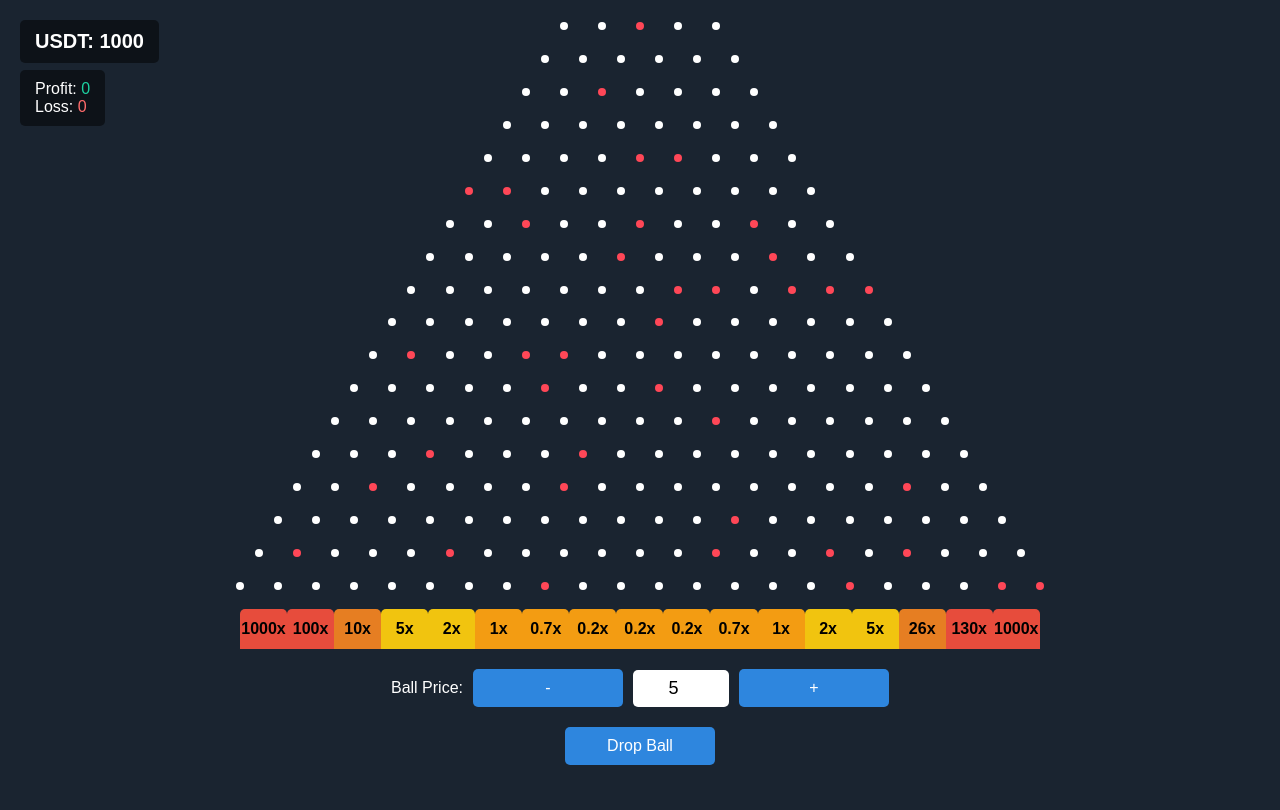
Repository: daffa-alif/PLINKO-JS
Page: index.html
The author's editor kept a copy of each file at every save. The page is drawn from the files as they stood at one save, then again after the next save.
The browser window is 1280 px wide. The pictures show the whole page.

Above is the page before, as saved 2025-03-07 09:21:11.

### index.html
<!DOCTYPE html>
<html lang="en">
<head>
    <meta charset="UTF-8">
    <meta name="viewport" content="width=device-width, initial-scale=1.0">
    <title>Plinko Game</title>
    <style>
        body {
            background-color: #1a2430;
            font-family: Arial, sans-serif;
            display: flex;
            justify-content: center;
            align-items: center;
            height: 100vh;
            margin: 0;
            color: white;
            overflow: hidden;
        }

        .container {
            position: relative;
            width: 600px;
            height: 900px; /* Increased from 700px to 900px */
            display: flex;
            flex-direction: column;
            align-items: center;
        }

        .plinko-board {
            position: relative;
            width: 500px;
            height: 800px; /* Increased from 600px to 800px */
        }

        .peg {
            position: absolute;
            width: 8px;
            height: 8px;
            background-color: white;
            border-radius: 50%;
            transform: translate(-50%, -50%);
        }

        .highlight-peg {
            background-color: #ff4757;
        }

        .ball {
            position: absolute;
            width: 16px;
            height: 16px;
            background-color: #ff6b81;
            border-radius: 50%;
            z-index: 10;
            transform: translate(-50%, -50%);
        }

        .buckets {
            display: flex;
            width: 100%;
            justify-content: space-between;
            position: absolute;
            bottom: 0;
        }

        .bucket {
            width: 55px;
            height: 40px;
            display: flex;
            justify-content: center;
            align-items: center;
            font-weight: bold;
            color: black;
            border-top-left-radius: 5px;
            border-top-right-radius: 5px;
        }

        .controls {
            margin-top: 20px;
            display: flex;
            flex-direction: column;
            align-items: center;
            gap: 10px;
            width: 100%;
        }

        button {
            padding: 10px 20px;
            font-size: 16px;
            border: none;
            border-radius: 5px;
            background-color: #2e86de;
            color: white;
            cursor: pointer;
            width: 150px;
        }

        button:hover {
            background-color: #54a0ff;
        }

        button:disabled {
            background-color: #7f8c8d;
            cursor: not-allowed;
        }

        .balance {
            position: absolute;
            top: 20px;
            left: 20px;
            font-size: 20px;
            font-weight: bold;
            background-color: rgba(0, 0, 0, 0.5);
            padding: 10px 15px;
            border-radius: 5px;
            z-index: 100;
        }

        .statistics {
            position: absolute;
            top: 70px;
            left: 20px;
            font-size: 16px;
            background-color: rgba(0, 0, 0, 0.5);
            padding: 10px 15px;
            border-radius: 5px;
            z-index: 100;
        }

        .profit {
            color: #1dd1a1;
        }

        .loss {
            color: #ff6b6b;
        }

        .price-controls {
            display: flex;
            align-items: center;
            gap: 10px;
            margin-bottom: 10px;
        }

        input {
            padding: 8px;
            width: 80px;
            text-align: center;
            font-size: 18px;
            border-radius: 5px;
            border: none;
        }

        .results {
            margin-top: 10px;
            font-size: 18px;
            color: #1dd1a1;
            height: 25px;
        }

        .falling-ball-animation {
            display: block;
            position: absolute;
            top: 0;
            left: 50%;
            transform: translateX(-50%);
            width: 16px;
            height: 16px;
            background-color: #ff6b81;
            border-radius: 50%;
            z-index: 11;
            animation: fallAnimation 1s ease-in;
        }

        @keyframes fallAnimation {
            0% {
                top: -20px;
            }
            100% {
                top: 20px;
            }
        }
    </style>
</head>
<body>
   <header>

   </header>
    <div class="balance">USDT: <span id="balance">1000</span></div>
    <div class="statistics">
        Profit: <span id="profit" class="profit">0</span><br>
        Loss: <span id="loss" class="loss">0</span>
    </div>
    <div class="container">
        <div class="plinko-board" id="plinkoBoard"></div>
        <div class="controls">
            <div class="price-controls">
                <span>Ball Price:</span>
                <button id="decreasePrice">-</button>
                <input type="number" id="ballPrice" value="5" min="5" max="1000">
                <button id="increasePrice">+</button>
            </div>
            <button id="dropButton">Drop Ball</button>
            <div class="results" id="results"></div>
        </div>
    </div>

<script src="script.js"></script>
</body>
</html>

### script.js
// Game configuration
const config = {
    rows: 20,                // Increased from 16 to 20 rows for taller board
    pegsStartCount: 3,       // Start with 3 pegs at the top row
    ballSpeed: 0.5,
    gravity: 0.15,
    friction: 0.99,
    pegInfluence: 0.6,
    maxActiveBalls: 10,
    // Updated multipliers to match the image exactly
    multipliers: [1000, 100, 10, 5, 2, 1, 0.7, 0.2, 0.2, 0.2, 0.7, 1, 2, 5, 26, 130, 1000],
    horizontalSpacingFactor: 1.6
};

let balance = 1000;
let totalProfit = 0;
let totalLoss = 0;
let ballPrice = 30;
let activeBalls = [];
let pegLayout = [];

// Initialize the board
function initializeBoard() {
    const board = document.getElementById('plinkoBoard');
    const boardWidth = board.clientWidth;
    const boardHeight = board.clientHeight;

    // Calculate peg spacing for the wider triangular pattern
    const horizontalSpacing = (boardWidth / (config.rows + 1)) * config.horizontalSpacingFactor;
    const verticalSpacing = (boardHeight - 80) / (config.rows);

    // Create pegs in a triangular pattern with progressive row lengths
    for (let row = 0; row < config.rows; row++) {
        // Calculate number of pegs in this row (increase by 1 for each row, starting with config.pegsStartCount)
        const pegsInRow = config.pegsStartCount + row;

        // Calculate the starting position for the first peg in the row
        const rowStartX = boardWidth / 2 - (horizontalSpacing * (pegsInRow - 1)) / 2;

        for (let col = 0; col < pegsInRow; col++) {
            const peg = document.createElement('div');
            peg.className = 'peg';

            // Add some highlight pegs (red pegs)
            if (Math.random() < 0.2) {
                peg.classList.add('highlight-peg');
            }

            // Calculate position for evenly distributed pegs
            const offsetX = rowStartX + col * horizontalSpacing;
            const offsetY = verticalSpacing * row + 50;

            peg.style.left = `${offsetX}px`;
            peg.style.top = `${offsetY}px`;

            board.appendChild(peg);

            // Store peg position for collision detection
            pegLayout.push({
                x: offsetX,
                y: offsetY,
                highlight: peg.classList.contains('highlight-peg'),
                element: peg
            });
        }
    }

    // Create buckets - FIXED VERSION
    const buckets = document.createElement('div');
    buckets.className = 'buckets';

    // Get the last row of pegs to align buckets with
    const lastRowPegs = pegLayout.slice(-config.pegsStartCount - config.rows + 1);
    const leftmostPeg = lastRowPegs[0].x;
    const rightmostPeg = lastRowPegs[lastRowPegs.length - 1].x;
    const bucketAreaWidth = rightmostPeg - leftmostPeg;

    // Define colors for buckets based on multipliers
    const getColorForMultiplier = (multiplier) => {
        if (multiplier >= 100) return '#e74c3c';      // Red for highest multipliers
        if (multiplier >= 10) return '#e67e22';       // Orange for high multipliers
        if (multiplier >= 2) return '#f1c40f';        // Yellow for medium multipliers
        return '#f39c12';                             // Gold for low multipliers
    };

    // Set the buckets container width to match the width of the last row of pegs
    buckets.style.width = `${bucketAreaWidth}px`;
    buckets.style.left = `${leftmostPeg}px`;
    buckets.style.position = 'absolute';

    // Add bucket divs to match the multipliers
    const multiplierCount = config.multipliers.length;
    const bucketWidth = bucketAreaWidth / multiplierCount;

    for (let i = 0; i < multiplierCount; i++) {
        const bucket = document.createElement('div');
        bucket.className = 'bucket';
        bucket.style.backgroundColor = getColorForMultiplier(config.multipliers[i]);
        bucket.textContent = `${config.multipliers[i]}x`;
        bucket.style.width = `${bucketWidth}px`;
        buckets.appendChild(bucket);
    }

    board.appendChild(buckets);
}

// Create a falling ball animation
function showBallDropAnimation() {
    return new Promise(resolve => {
        const board = document.getElementById('plinkoBoard');
        const fallingBall = document.createElement('div');
        fallingBall.className = 'falling-ball-animation';
        board.appendChild(fallingBall);

        setTimeout(() => {
            fallingBall.remove();
            resolve();
        }, 500);
    });
}

// Create a ball and start animation
async function dropBall() {
    const currentBallPrice = parseInt(document.getElementById('ballPrice').value);
    if (balance < currentBallPrice) {
        document.getElementById('results').textContent = "Not enough balance!";
        setTimeout(() => {
            document.getElementById('results').textContent = "";
        }, 2000);
        return;
    }

    // Check if we've reached the maximum number of active balls
    if (activeBalls.length >= config.maxActiveBalls) {
        document.getElementById('results').textContent = "Too many balls in play!";
        setTimeout(() => {
            document.getElementById('results').textContent = "";
        }, 2000);
        return;
    }

    // Deduct ball price from balance
    balance -= currentBallPrice;
    document.getElementById('balance').textContent = balance;

    // Show the ball drop animation
    await showBallDropAnimation();

    const board = document.getElementById('plinkoBoard');
    const boardWidth = board.clientWidth;

    // Ball starts at the top center of the board
    const ball = document.createElement('div');
    ball.className = 'ball';
    ball.style.left = `${boardWidth / 2}px`;
    ball.style.top = '20px';
    board.appendChild(ball);

    // Create a new ball object
    const newBall = {
        element: ball,
        id: Date.now(),
        x: boardWidth / 2,
        y: 20,
        vx: (Math.random() - 0.5) * 0.5,
        vy: 1,
        radius: 8,
        price: currentBallPrice
    };

    // Add ball to active balls array
    activeBalls.push(newBall);

    // Start animation if it's not already running
    if (activeBalls.length === 1) {
        requestAnimationFrame(animateAllBalls);
    }
}

// Animate all active balls
function animateAllBalls(timestamp) {
    if (activeBalls.length === 0) return;

    const board = document.getElementById('plinkoBoard');
    const boardWidth = board.clientWidth;
    const boardHeight = board.clientHeight;

    // Get bucket positions for collision detection - FIXED VERSION
    const buckets = document.querySelector('.buckets');
    const bucketsRect = buckets.getBoundingClientRect();
    const boardRect = board.getBoundingClientRect();

    const bucketsLeft = bucketsRect.left - boardRect.left;
    const bucketsWidth = bucketsRect.width;
    const bucketCount = config.multipliers.length;
    const bucketWidth = bucketsWidth / bucketCount;

    // Process each active ball
    for (let i = activeBalls.length - 1; i >= 0; i--) {
        const ball = activeBalls[i];

        // Apply gravity
        ball.vy += config.gravity;

        // Apply friction
        ball.vx *= config.friction;
        ball.vy *= config.friction;

        // Update position
        ball.x += ball.vx;
        ball.y += ball.vy;

        // Collision with side walls
        if (ball.x - ball.radius < 0) {
            ball.x = ball.radius;
            ball.vx = -ball.vx * 0.5;
        } else if (ball.x + ball.radius > boardWidth) {
            ball.x = boardWidth - ball.radius;
            ball.vx = -ball.vx * 0.5;
        }

        // Collision with pegs
        for (const peg of pegLayout) {
            const dx = ball.x - peg.x;
            const dy = ball.y - peg.y;
            const distance = Math.sqrt(dx * dx + dy * dy);

            if (distance < ball.radius + 6) {
                // Calculate the angle of collision
                const angle = Math.atan2(dy, dx);

                // Move the ball outside of the peg
                const newX = peg.x + (ball.radius + 6) * Math.cos(angle);
                const newY = peg.y + (ball.radius + 6) * Math.sin(angle);

                ball.x = newX;
                ball.y = newY;

                // Add randomness to the bounce but with a slight bias toward outer edges
                let randomness = (Math.random() * 2 - 1) * config.pegInfluence;

                // Very subtle bias toward edges
                if (ball.x < boardWidth * 0.3) {
                    randomness -= 0.05; // Slight bias leftward
                } else if (ball.x > boardWidth * 0.7) {
                    randomness += 0.05; // Slight bias rightward
                }

                // Update velocity with a bounce effect and randomness
                const speed = Math.sqrt(ball.vx * ball.vx + ball.vy * ball.vy);
                ball.vx = Math.cos(angle + randomness) * speed;
                ball.vy = Math.sin(Math.abs(angle + randomness)) * speed; // Keep ball moving downward

                // Highlight the peg temporarily
                peg.element.style.backgroundColor = '#ffdd59';
                setTimeout(() => {
                    peg.element.style.backgroundColor = peg.highlight ? '#ff4757' : 'white';
                }, 100);
            }
        }

        // Check if ball reached bucket level
        if (ball.y > boardHeight - 60) {
            // Calculate which bucket the ball fell into based on the fixed buckets position - FIXED VERSION
            let bucketIndex = -1;

            // Check if the ball is within the bucket area
            if (ball.x >= bucketsLeft && ball.x <= bucketsLeft + bucketsWidth) {
                // Calculate the bucket index based on the ball's position relative to the buckets
                bucketIndex = Math.floor((ball.x - bucketsLeft) / bucketWidth);
                bucketIndex = Math.min(bucketIndex, bucketCount - 1);
            } else {
                // If the ball is outside the bucket area, put it in the nearest edge bucket
                bucketIndex = ball.x < bucketsLeft ? 0 : bucketCount - 1;
            }

            // Apply multiplier to the bet
            const multiplier = config.multipliers[bucketIndex];
            const winAmount = Math.floor(ball.price * multiplier);
            balance += winAmount;
            document.getElementById('balance').textContent = balance;

            // Update profit/loss statistics
            if (winAmount > ball.price) {
                const profit = winAmount - ball.price;
                totalProfit += profit;
                document.getElementById('profit').textContent = totalProfit;
            } else if (winAmount < ball.price) {
                const loss = ball.price - winAmount;
                totalLoss += loss;
                document.getElementById('loss').textContent = totalLoss;
            }

            // Display result message
            const resultElement = document.getElementById('results');
            if (winAmount > ball.price) {
                resultElement.textContent = `You won ${winAmount} USDT!`;
                resultElement.style.color = '#1dd1a1';
            } else if (winAmount < ball.price) {
                resultElement.textContent = `You lost ${ball.price - winAmount} USDT`;
                resultElement.style.color = '#ff6b6b';
            } else {
                resultElement.textContent = `You broke even!`;
                resultElement.style.color = '#f7d794';
            }

            // Highlight the winning bucket
            const bucketElements = document.querySelectorAll('.bucket');
            bucketElements[bucketIndex].style.transform = 'translateY(-5px)';
            setTimeout(() => {
                bucketElements[bucketIndex].style.transform = 'translateY(0)';
            }, 300);

            // Remove ball from DOM
            ball.element.remove();

            // Remove ball from active balls array
            activeBalls.splice(i, 1);
        }

        // Update ball position in DOM
        ball.element.style.left = `${ball.x}px`;
        ball.element.style.top = `${ball.y}px`;
    }

    // Continue animation if there are still active balls
    if (activeBalls.length > 0) {
        requestAnimationFrame(animateAllBalls);
    }
}

// Initialize the game
window.addEventListener('DOMContentLoaded', () => {
    initializeBoard();

    // Update balance display
    document.getElementById('balance').textContent = balance;

    // Add event listener for the drop button
    document.getElementById('dropButton').addEventListener('click', () => {
        dropBall();
    });

    // Add event listeners for ball price adjustment
    document.getElementById('decreasePrice').addEventListener('click', () => {
        const priceInput = document.getElementById('ballPrice');
        let currentPrice = parseInt(priceInput.value);
        if (currentPrice > 5) {
            priceInput.value = currentPrice - 5;
        }
    });

    document.getElementById('increasePrice').addEventListener('click', () => {
        const priceInput = document.getElementById('ballPrice');
        let currentPrice = parseInt(priceInput.value);
        if (currentPrice < 1000) {
            priceInput.value = currentPrice + 5;
        }
    });

    // Ensure ball price is valid
    document.getElementById('ballPrice').addEventListener('change', (e) => {
        let value = parseInt(e.target.value);
        if (isNaN(value) || value < 5) {
            e.target.value = 5;
        } else if (value > 1000) {
            e.target.value = 1000;
        }
    });
});

After the next save:
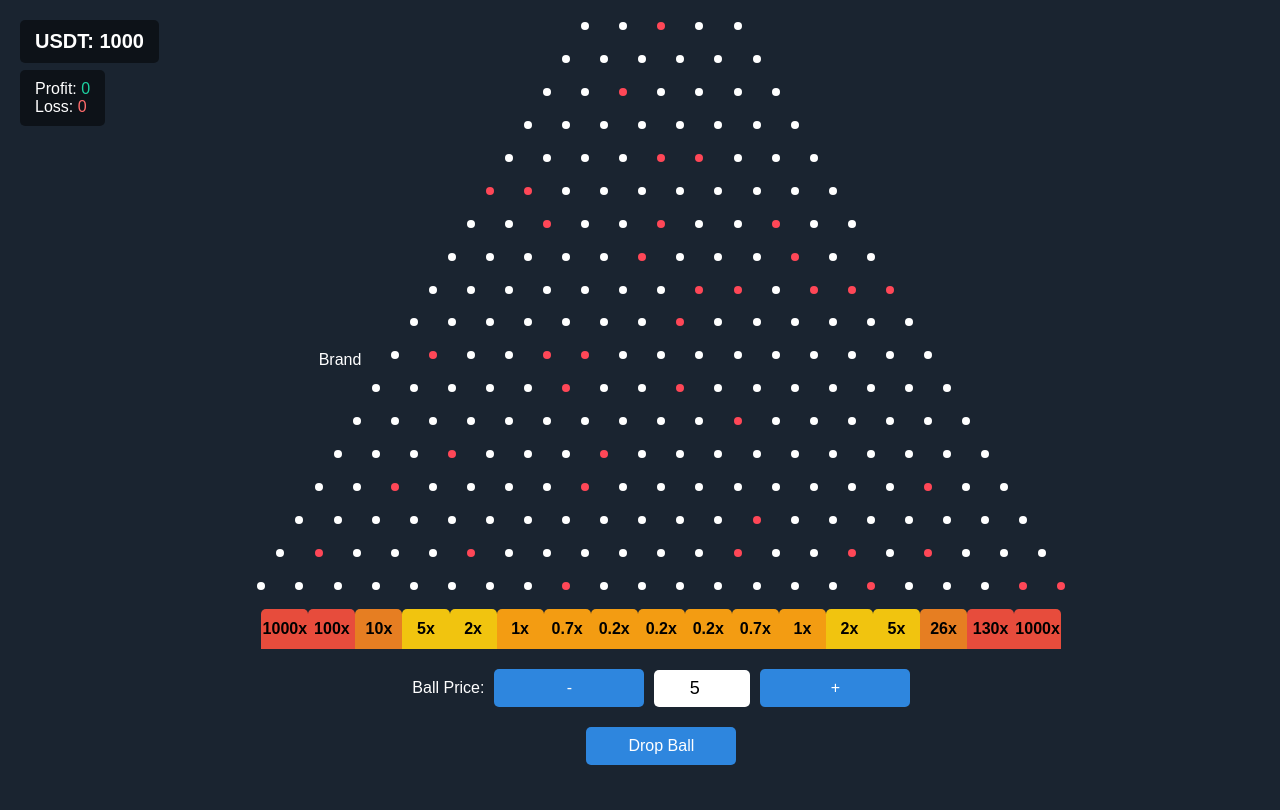
Saved 5 s later.
--- a/index.html
+++ b/index.html
@@ -184,7 +184,7 @@
 </head>
 <body>
    <header>
-
+    Brand
    </header>
     <div class="balance">USDT: <span id="balance">1000</span></div>
     <div class="statistics">

After the 4 saves that followed:
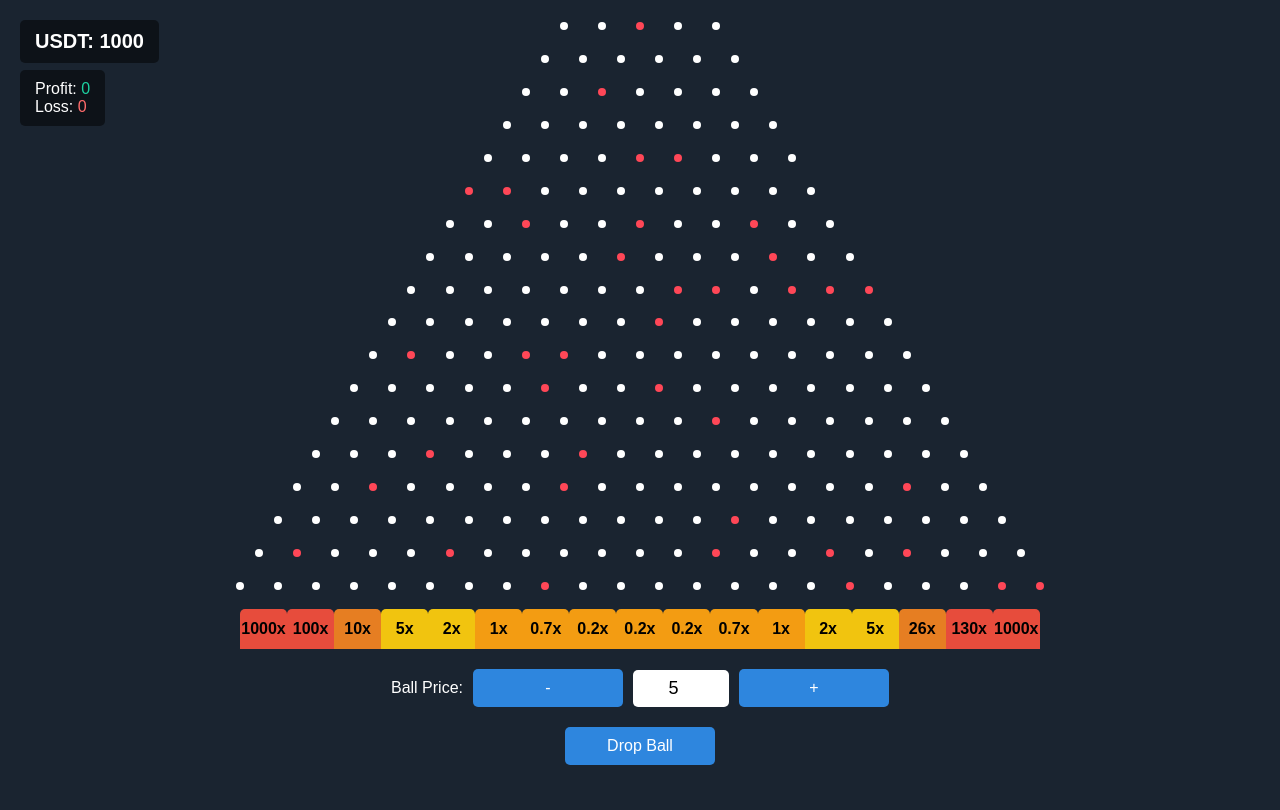
The 4 saves are shown as one change because 1 left the picture as it was and some came seconds apart.
The last was saved 17 s later.
--- a/index.html
+++ b/index.html
@@ -183,9 +183,7 @@
     </style>
 </head>
 <body>
-   <header>
-    Brand
-   </header>
+
     <div class="balance">USDT: <span id="balance">1000</span></div>
     <div class="statistics">
         Profit: <span id="profit" class="profit">0</span><br>
